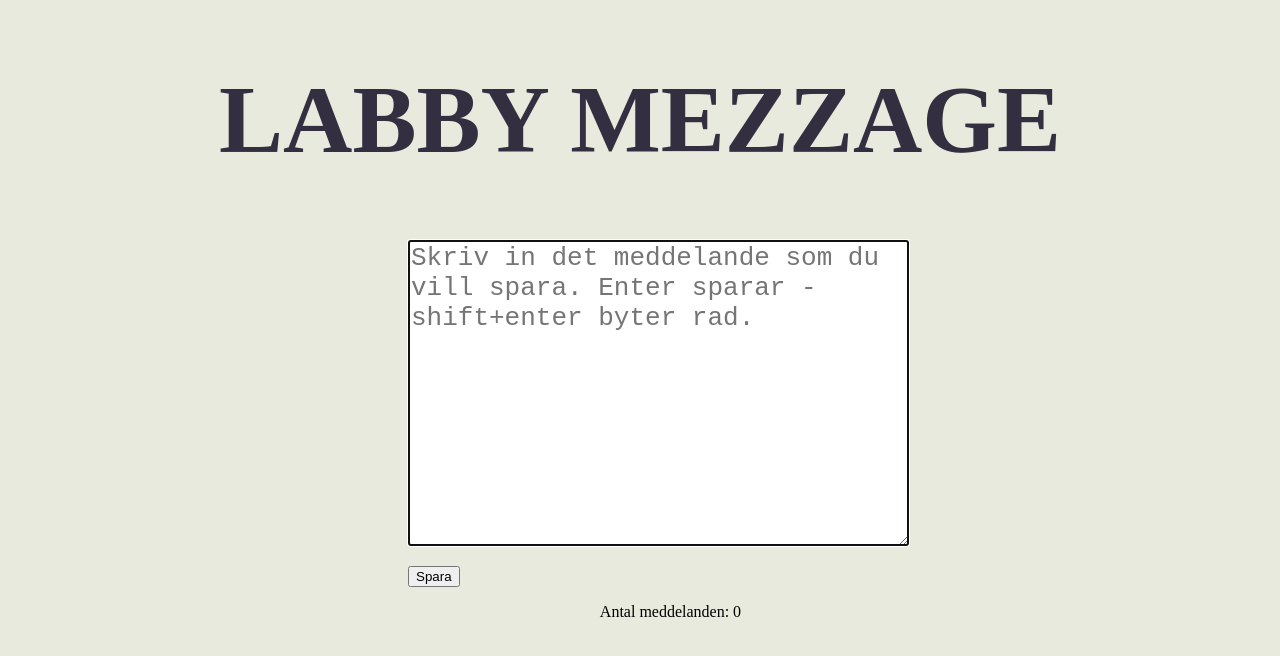
Repository: em222mt/1dv403-laborationer
Page: 2-labbymezzage/Index.html
The author's editor kept a record of every edit. The page is drawn from the files as they stood at one moment, then again after the next edit.
The browser window is 1280 px wide. The pictures show the whole page.

Above is the page before.

After the next edit:
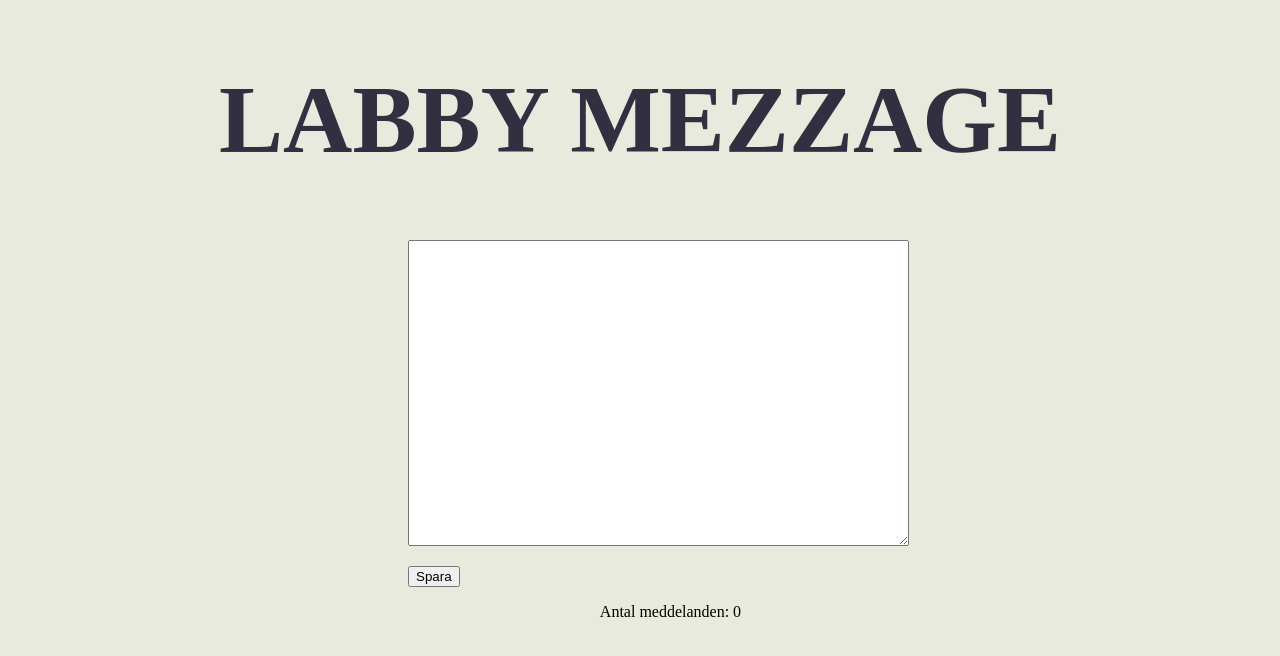
Console error: ReferenceError: textBox is not defined
The edit:
--- a/2-labbymezzage/js/MessageBoard.js
+++ b/2-labbymezzage/js/MessageBoard.js
@@ -7,9 +7,6 @@
     init: function(){
         // Anropar count och sätter räknaren till 0.
         MessageBoard.countMessages();
-        // Förklarar sidan funktion för användaren.
-        var textBox = document.getElementById("formtext");
-        textBox.placeholder = "Skriv in det meddelande som du vill spara. Enter sparar - shift+enter byter rad.";
         // Skapar ett meddelande då Spara-knappen klickas.
         var submit = document.getElementById("send");
         submit.onclick = MessageBoard.createMessage;

After the edit that followed:
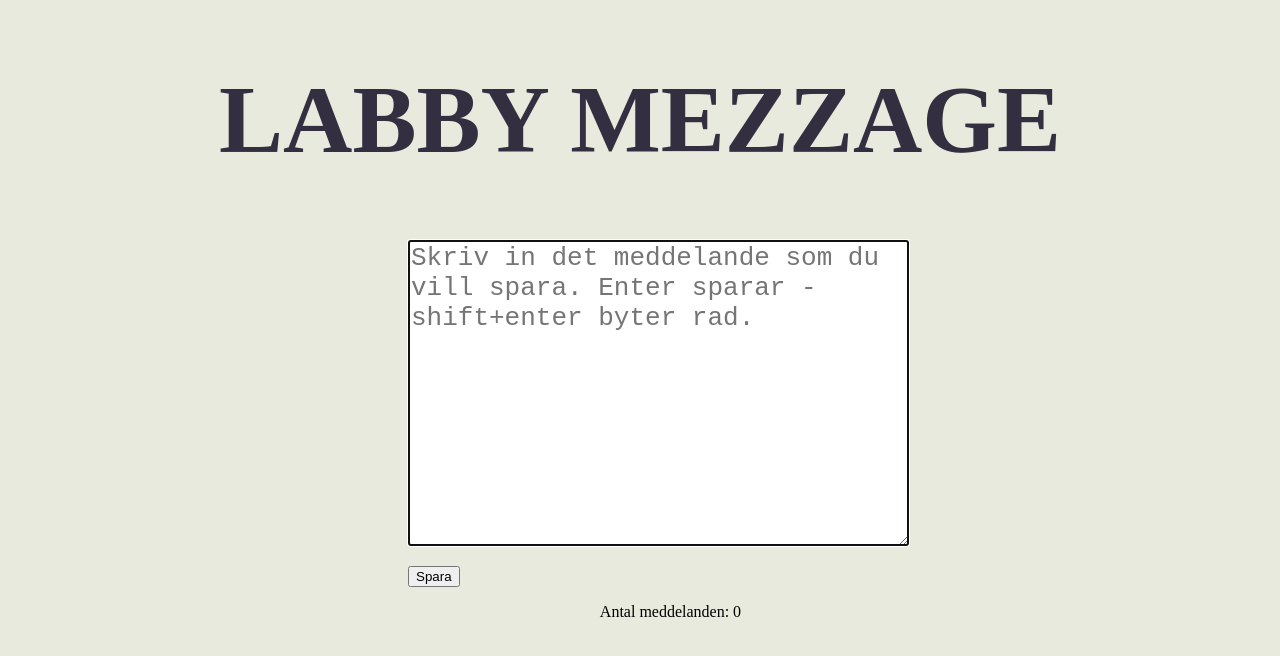
The error is gone.
The edit:
--- a/2-labbymezzage/js/MessageBoard.js
+++ b/2-labbymezzage/js/MessageBoard.js
@@ -10,6 +10,9 @@
         // Skapar ett meddelande då Spara-knappen klickas.
         var submit = document.getElementById("send");
         submit.onclick = MessageBoard.createMessage;
+        // Förklarar sidan funktion för användaren.
+        var textBox = document.getElementById("formtext");
+        textBox.placeholder = "Skriv in det meddelande som du vill spara. Enter sparar - shift+enter byter rad.";
         // Sätter en blinkande markör i textarean.
         textBox.focus();
         // Skapar ett meddelande då entertangenten trycks.
